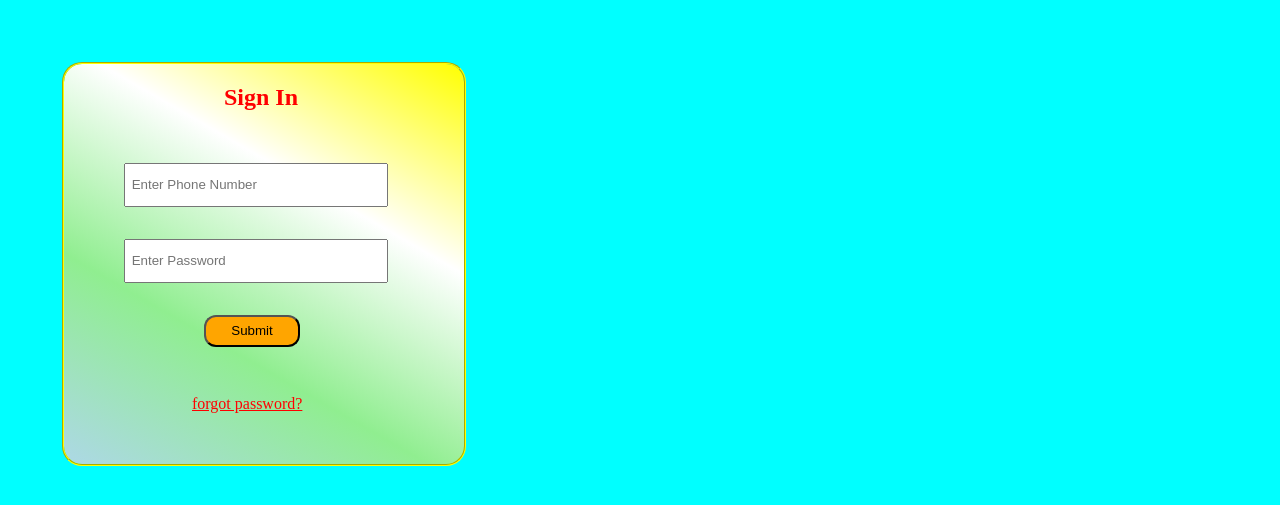
Repository: Amani-Kibet/express-app-web
Page: public/Card.html
The author's editor kept a copy of each file at every save. The page is drawn from the files as they stood at one save, then again after the next save.
The browser window is 1280 px wide. The pictures show the whole page.

Above is the page before, as saved 2025-09-25 21:32:09.

After the next save:
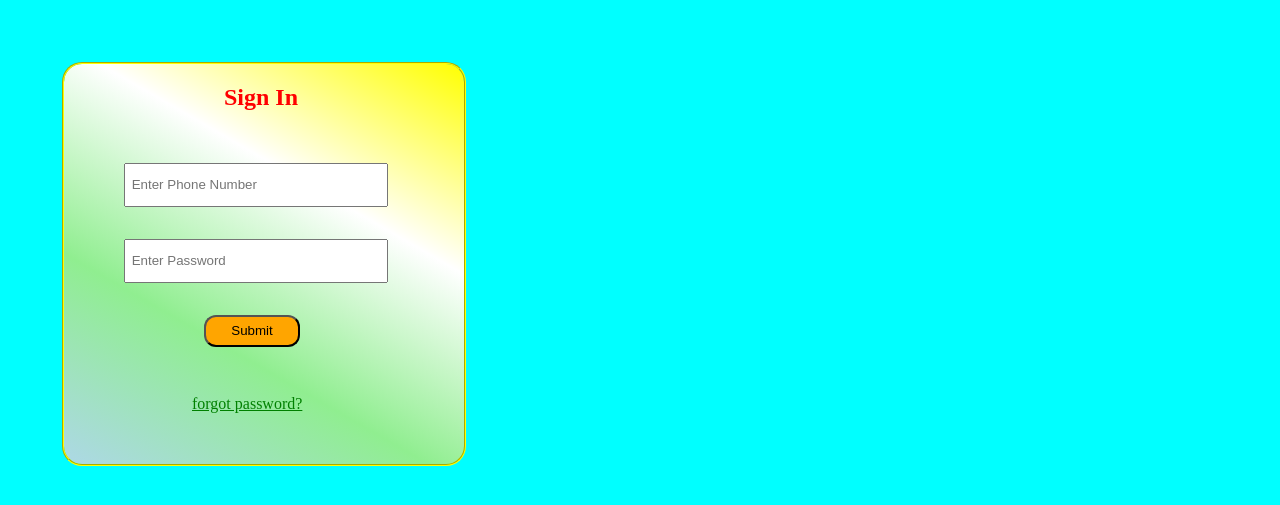
Saved 14 s later.
--- a/public/Card.html
+++ b/public/Card.html
@@ -37,7 +37,7 @@
     position: relative;
     top: 7rem;
     left: 8rem;
-    color: red;
+    color: green;
   }
   </style>
 </head>
